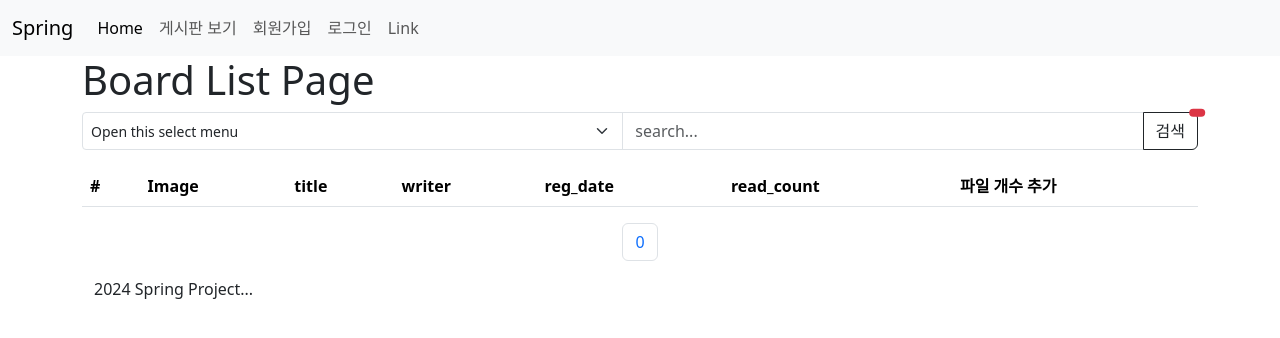
Repository: oco0217/springTest240430
Page: http://localhost/spring_study/WEB-INF/views/board/list.jsp
The author's editor kept a copy of each file at every save. The page is drawn from the files as they stood at one save, then again after a run of saves.
The browser window is 1280 px wide. The pictures show the whole page.
The page is served by Tomcat 9. Nobody is signed in. The template is opened directly, without the code that normally fills it, so the values that code supplies are empty.

Above is the page before, as saved 2024-04-30 05:52:15.

After the next 2 saves:
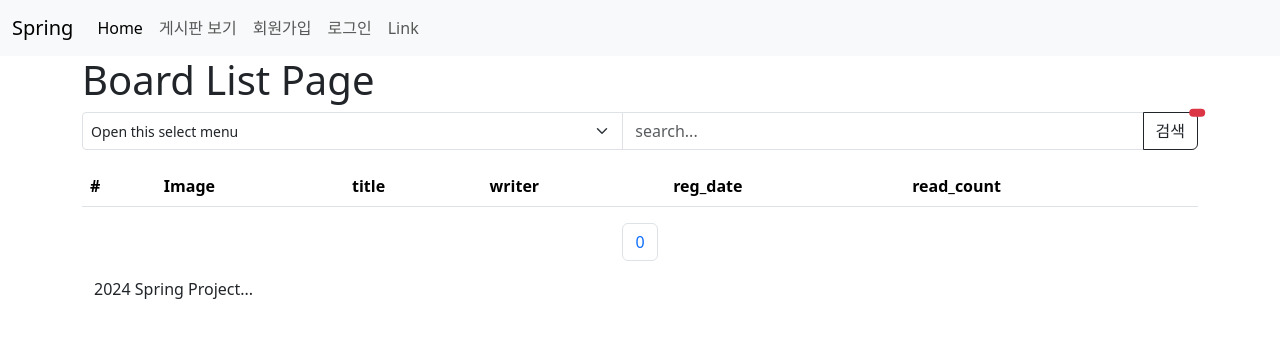
The 2 saves are shown as one change because they came seconds apart.
The last was saved 5 min 42 s later.
--- a/spring_study/src/main/webapp/WEB-INF/views/board/list.jsp
+++ b/spring_study/src/main/webapp/WEB-INF/views/board/list.jsp
@@ -44,7 +44,6 @@
 				<th>writer</th>
 				<th>reg_date</th>
 				<th>read_count</th>
-				<th>파일 개수 추가</th>
 			</tr>
 		</thead>
 
@@ -52,9 +51,6 @@
 			<c:forEach items="${list }" var="li">
 				<tr>
 					<td>${li.bno }</td>
-					<td>
-					여기에 사진
-					</td>
 					<td>
 					<a href="/board/detail?bno=${li.bno }">${li.title }
 					<c:if test="${li. cmt_qty ne 0}">
